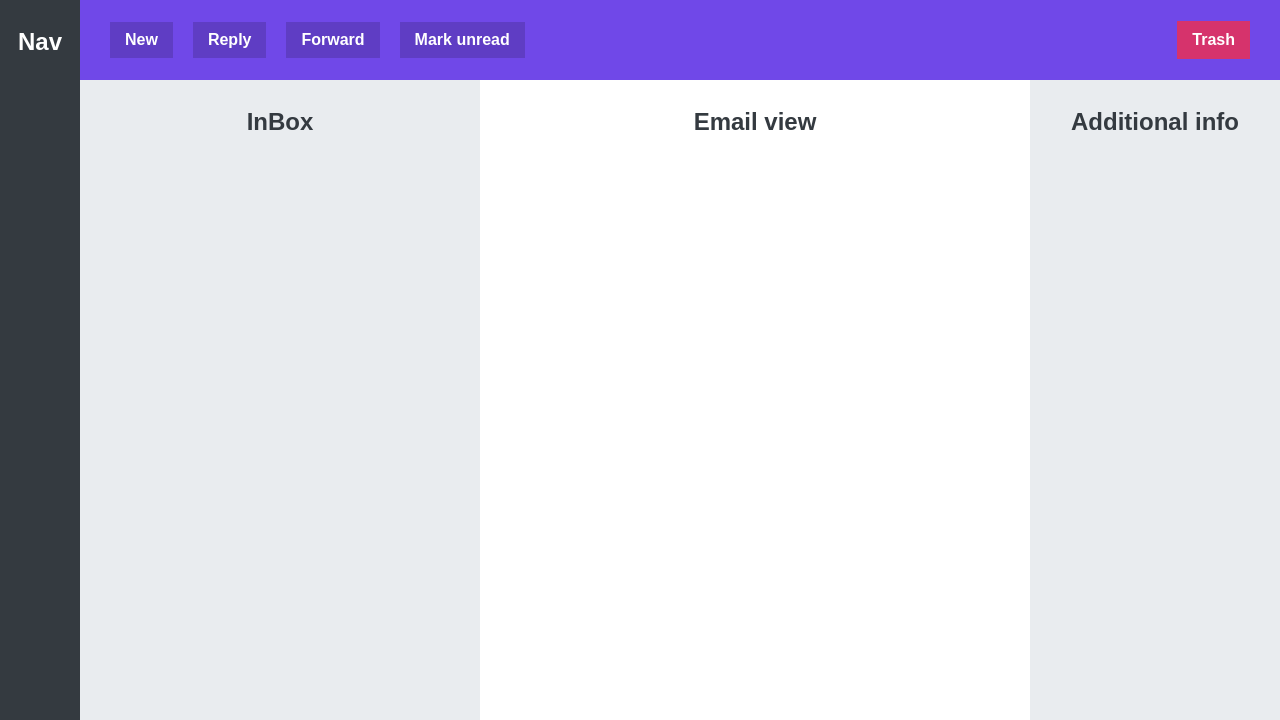
Repository: Ahmed123rezk123/06-Components
Page: app-layout.html
An editor plug-in stored every save of this project. The page is shown before and after the next save, followed by the edit.
The browser window is 1280 px wide. The pictures show the whole page.

Above is the page before, as saved 2024-09-18 10:43:17.

After the next save:
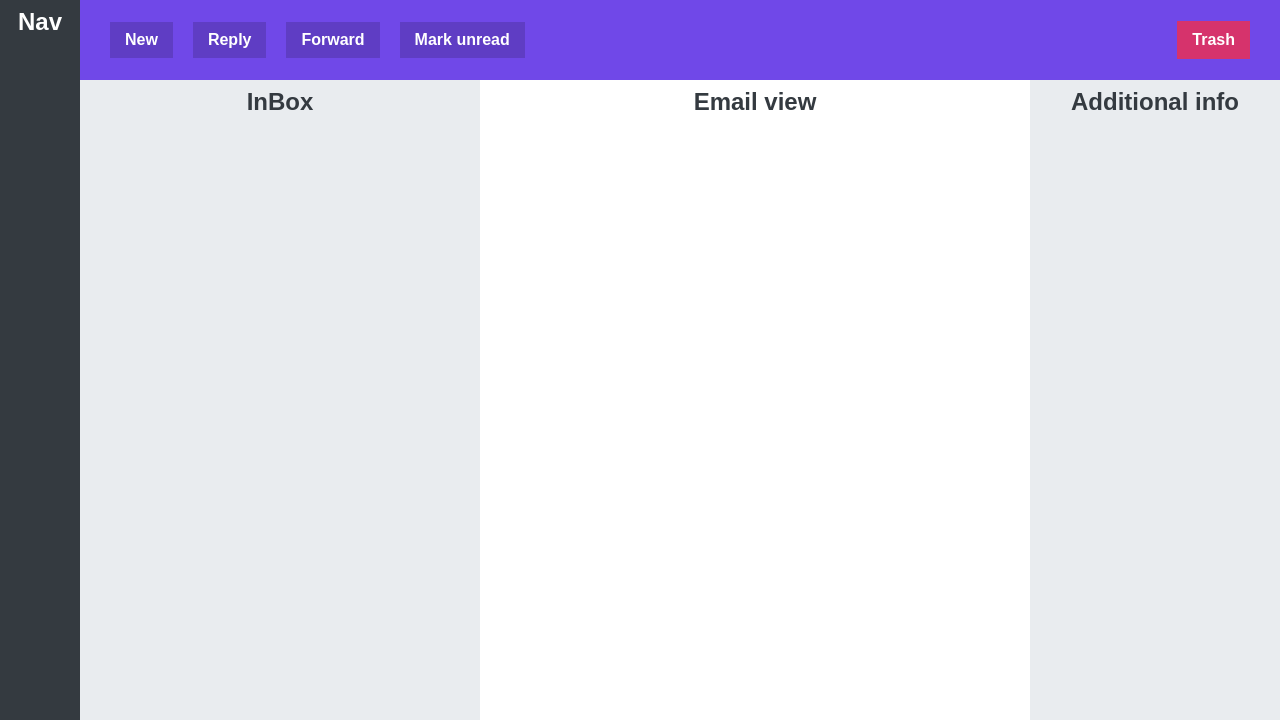
Saved 33 s later.
--- a/app-layout.html
+++ b/app-layout.html
@@ -37,7 +37,7 @@
       section,
       main,
       aside {
-        padding: 30px 0;
+        padding: 10px 0;
       }
       nav {
         background-color: #343a40;
